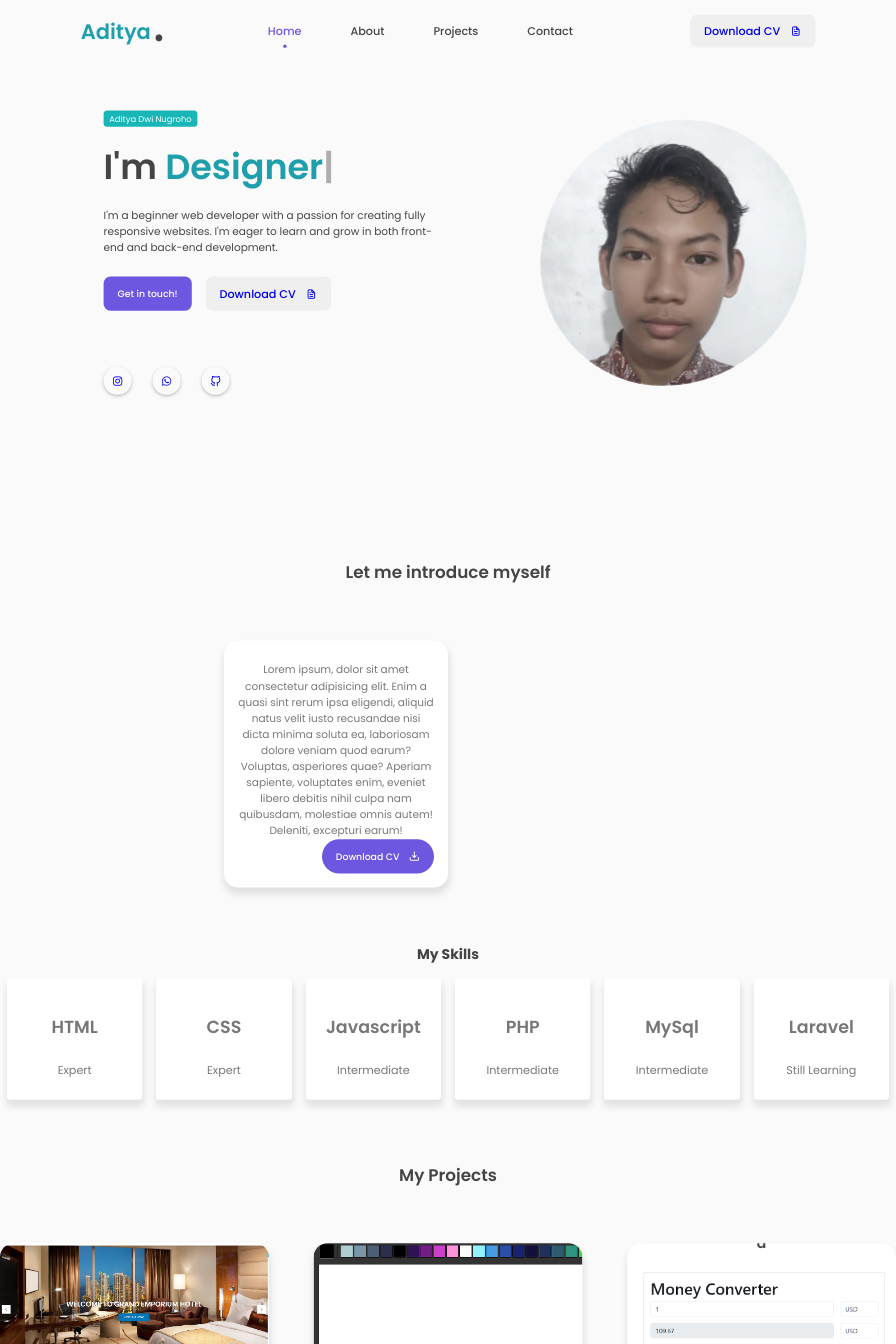
Repository: 4Kbrain/Portofolio
Page: index.html
These files come from the project's save history. The page is drawn as it stood at one moment and after the next save; the edit follows.
The browser window is 1280 px wide. The pictures show the part of the page from y = 0 to 1920 px (the page is 3123 px tall before and 3753 px after), at 70% of full size.

Above is the page before, as saved 2024-05-15 19:16:38.
Console error: ReferenceError: ScrollReveal is not defined

After the next save:
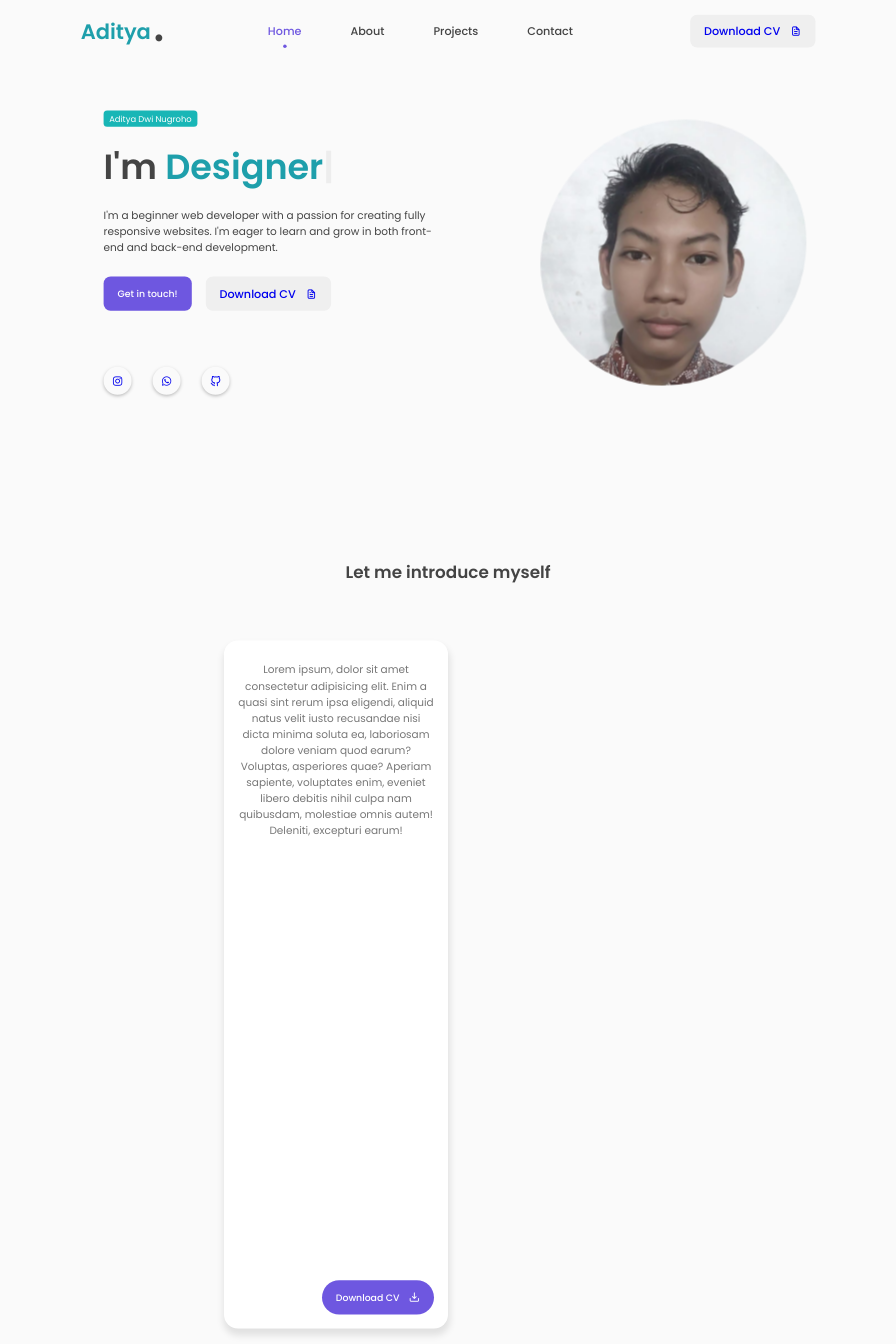
Saved 41 s later.
--- a/assets/css/style.css
+++ b/assets/css/style.css
@@ -310,7 +310,7 @@ h3{
     text-align: center;
     margin-left: 50%;
     flex-direction: column;
-    padding-block: 30px 70px;
+    padding-block: 30px 700px;
     padding-inline: 20px;
     width: 100%;
     background: var(--color-white);
